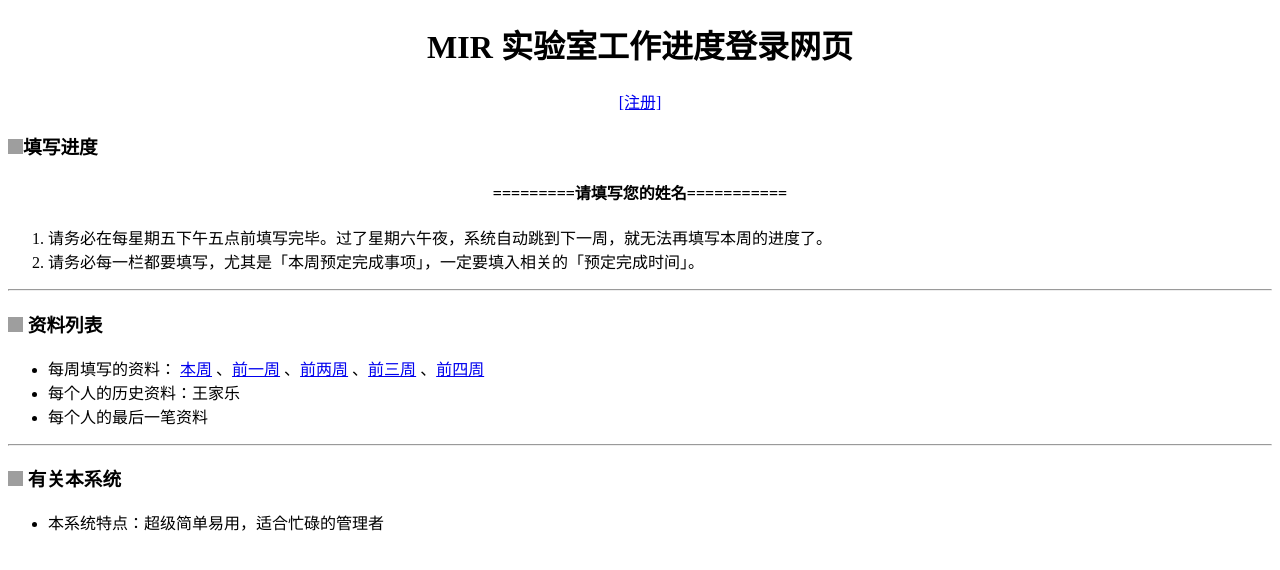
Repository: Cucujn/TRY
Page: http://localhost/WeeklyReport/default.jsp
These files come from the project's save history. The page is drawn as it stood at one moment and after the next save; the edit follows.
The browser window is 1280 px wide. The pictures show the whole page.
Pictures or frames that could not be fetched are drawn as grey boxes. The page is served by Tomcat 9. Queries for data that is not in the repository find no rows.

Above is the page before, as saved 2017-12-05 08:31:08.

After the next save:
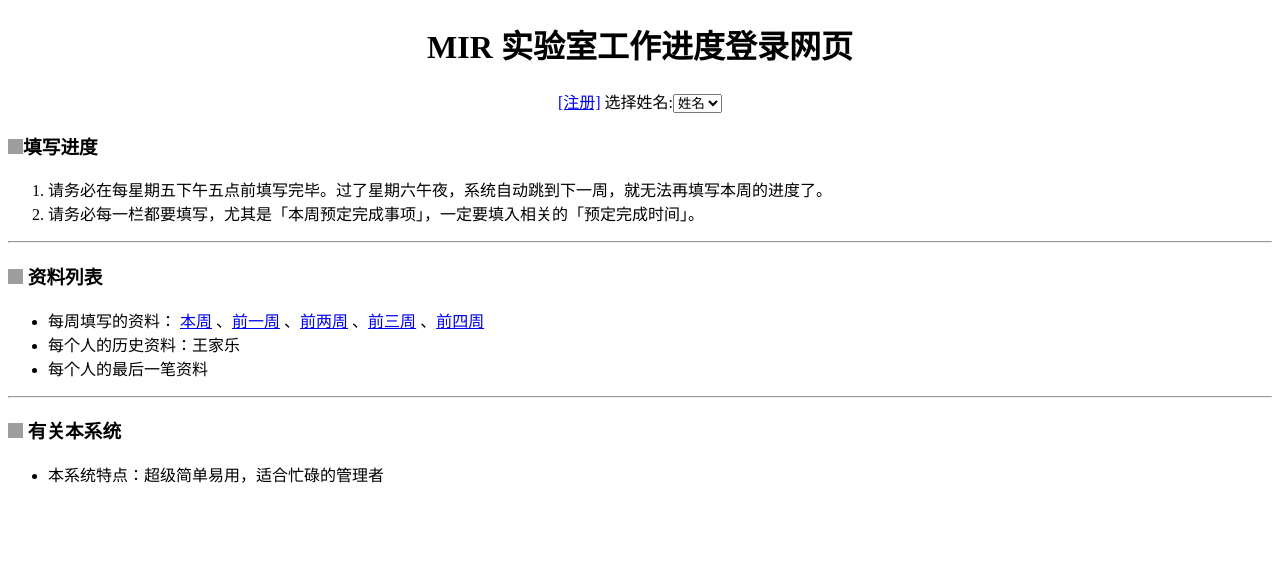
Saved 14 min 52 s later.
--- a/WeeklyReport/WebContent/default.jsp
+++ b/WeeklyReport/WebContent/default.jsp
@@ -1,5 +1,7 @@
 <%@ page language="java" contentType="text/html; charset=UTF-8"
     pageEncoding="UTF-8"%>
+<%@ page import="java.sql.*" %>
+<%@ page import="com.database.*" %>
 <!DOCTYPE html PUBLIC "-//W3C//DTD HTML 4.01 Transitional//EN" "http://www.w3.org/TR/html4/loose.dtd">
 <html>
 <head>
@@ -12,11 +14,28 @@
 <center>
 <h1>MIR 实验室工作进度登录网页</h1>
 <a href="register.jsp">[注册]</a>
-<!-- 此处是登录的跳转 -->
+<%
+		request.setCharacterEncoding("utf-8");
+		PreparedStatement sql = null;
+		Connection conn = null;
+		ResultSet rst = null;
+		conn = Db.getConnection();
+		sql = conn.prepareStatement("select * from users");
+		rst = sql.executeQuery();
+%>
+选择姓名:<select name="name">
+			<option value="姓名">姓名</option>
+			<%
+				while (rst.next()) {
+					out.print("<option value=\"" + rst.getString("username") + "\">" + rst.getString("username")
+							+ "</option>");
+				}
+			%>
+		</select>
 </center>
 <h3><img src="http://img.25pp.com/uploadfile/youxi/images/2014/0531/20140531120644801.jpg" width=15 height=15>填写进度</h3>
 <center>
-<h4>=========请填写您的姓名===========</h4>
+
 </center>
 <ol>
 <li>请务必在每星期五下午五点前填写完毕。过了星期六午夜，系统自动跳到下一周，就无法再填写本周的进度了。
